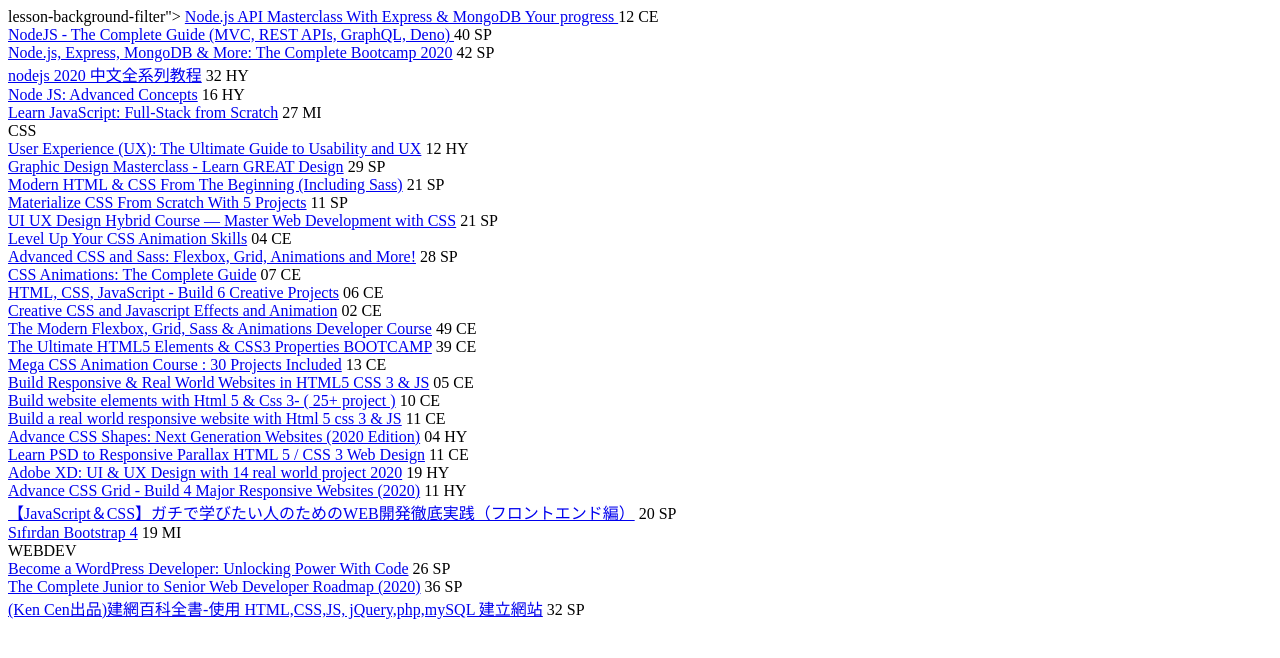
Repository: ClementLight/plan
Page: tmp.html
An editor plug-in stored every save of this project. The page is shown before and after the next save, followed by the edit.
The browser window is 1280 px wide. The pictures show the whole page.

Above is the page before, as saved 2020-09-01 14:39:55.

After the next save:
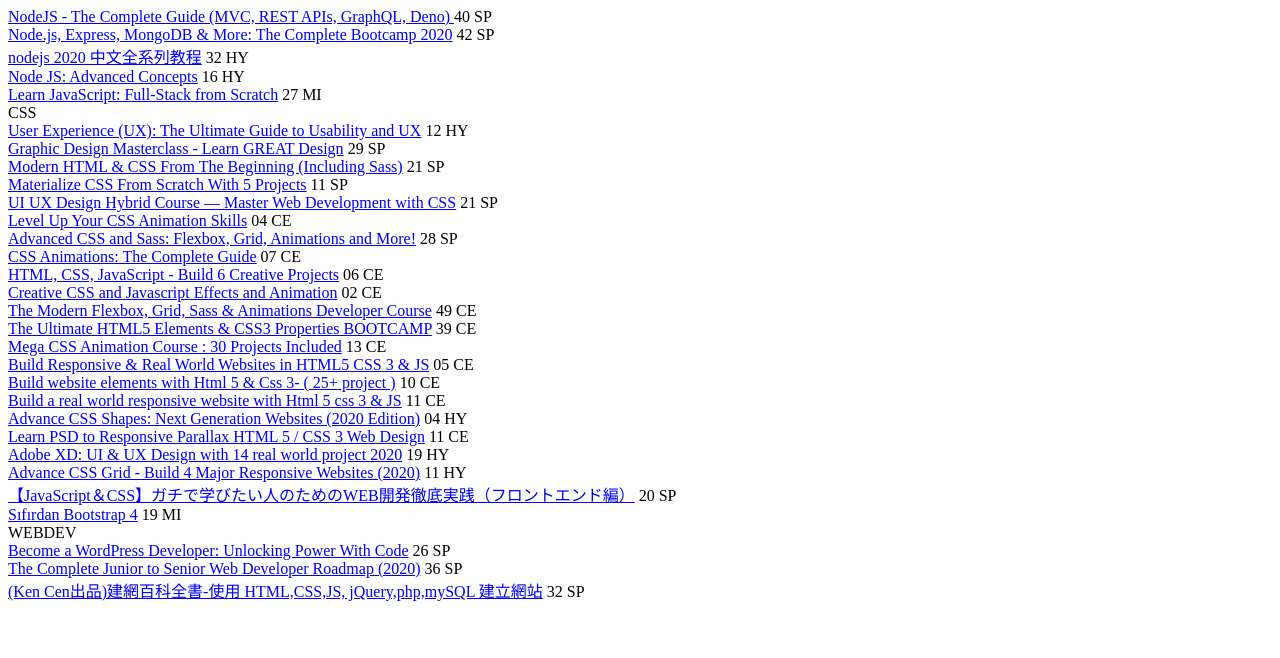
Saved 6 s later.
--- a/tmp.html
+++ b/tmp.html
@@ -1,9 +1,4 @@
-lesson-background-filter">
-          <a class="lessonname" href="https://www.udemy.com/course/nodejs-api-masterclass/learn/lecture/16581402?start=0#overview">Node.js API Masterclass With Express & MongoDB Your progress </a>
-          <span class="hours">12</span>
-          <span class="account">CE</span>
-        </div>
-        <div class="lesson lesson-background-filter">
+
           <a class="lessonname" href="https://www.udemy.com/course/nodejs-the-complete-guide/learn/lecture/11561886#overview">NodeJS - The Complete Guide (MVC, REST APIs, GraphQL, Deno) </a>
           <span class="hours">40</span>
           <span class="account">SP</span>
